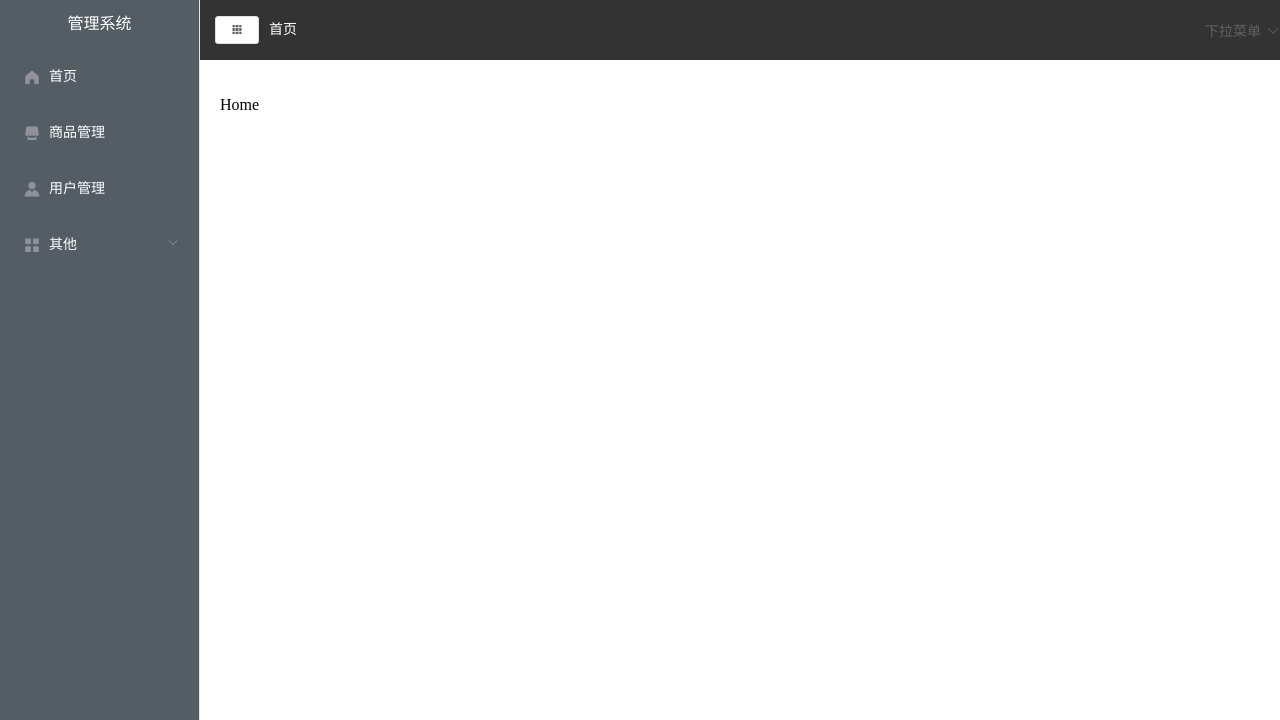
Repository: tkqi/manage
Page: /
The author's editor kept a copy of each file at every save. The page is drawn from the files as they stood at one save, then again after the next save.
The browser window is 1280 px wide. The pictures show the whole page.
The project was rebuilt for these pictures with package versions that can differ from the ones it lists, and the page was loaded fresh each time. Also part of the build but not shown: vue.config.js.

Above is the page before, as saved 2023-12-01 16:09:29.

After the next save:
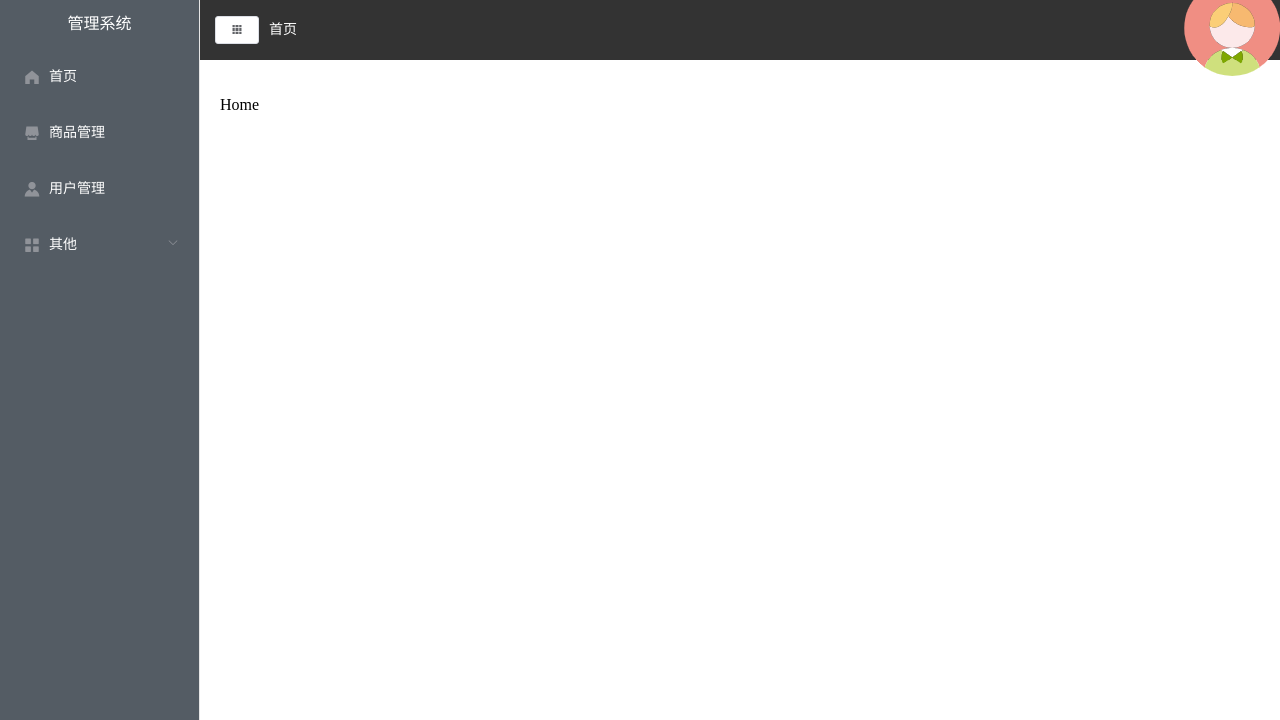
Saved 112 s later.
--- a/src/components/topbar.vue
+++ b/src/components/topbar.vue
@@ -9,7 +9,7 @@
         <div class="r-content">
             <el-dropdown>
                 <span class="el-dropdown-link">
-                    下拉菜单<i class="el-icon-arrow-down el-icon--right"></i>
+                    <img src="../assets/img/user-default.png" alt="">
                 </span>
                 <el-dropdown-menu slot="dropdown">
                     <el-dropdown-item>黄金糕</el-dropdown-item>
